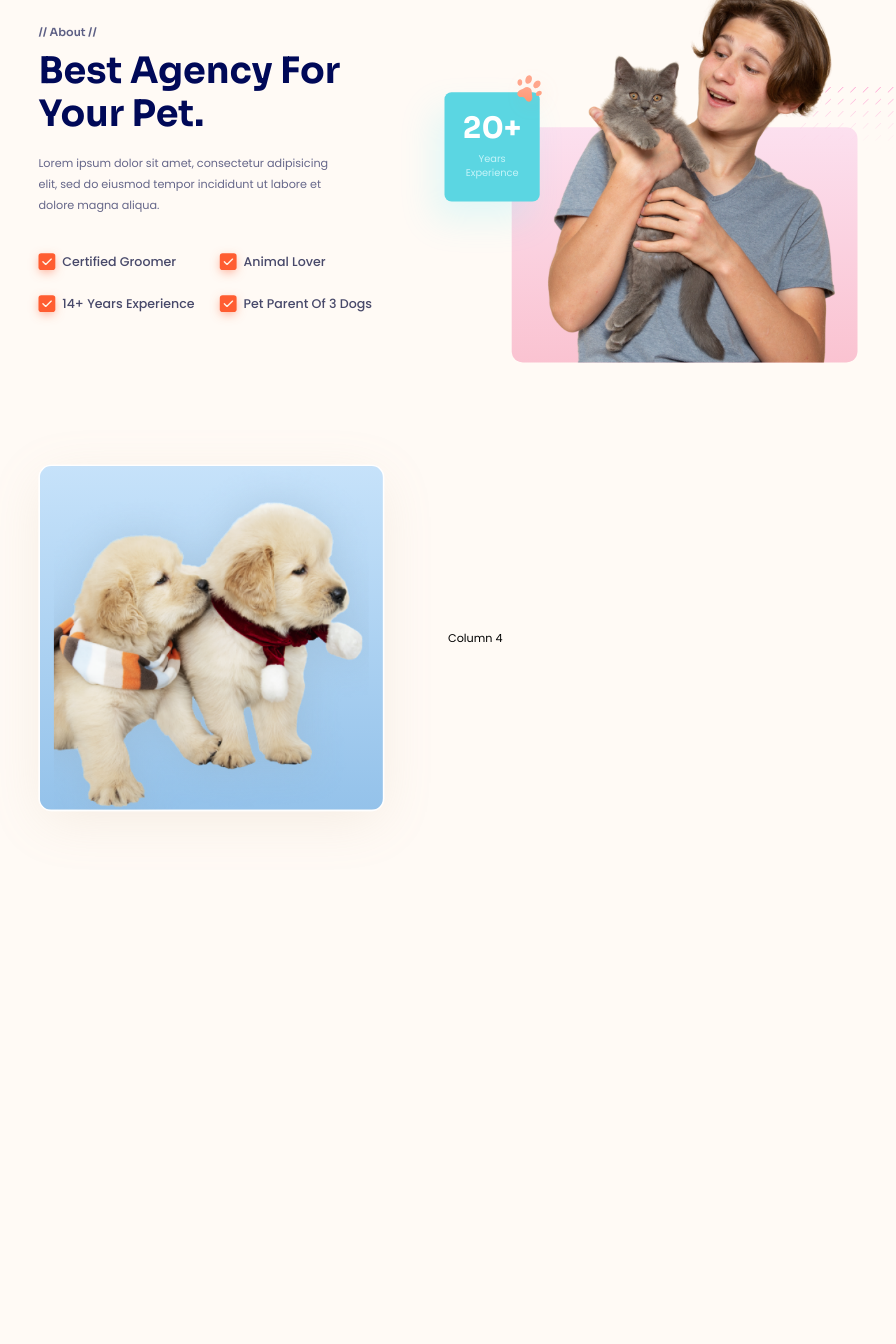
Repository: empty24062002/f8-project-05
Page: index.html
The author's editor kept a copy of each file at every save. The page is drawn from the files as they stood at one save, then again after the next save.
The browser window is 1280 px wide. The pictures show the part of the page from y = 937 to 2857 px (the page is 10896 px tall), at 70% of full size.

Above is the page before, as saved 2023-09-11 11:02:55.

### index.html
<!DOCTYPE html>
<html lang="en">
    <head>
        <meta charset="UTF-8" />
        <meta name="viewport" content="width=device-width, initial-scale=1.0" />
        <title>Lucy</title>
        <!-- favicon -->
        <link
            rel="apple-touch-icon"
            sizes="57x57"
            href="./assets/favicon/apple-icon-57x57.png"
        />
        <link
            rel="apple-touch-icon"
            sizes="60x60"
            href="./assets/favicon/apple-icon-60x60.png"
        />
        <link
            rel="apple-touch-icon"
            sizes="72x72"
            href="./assets/favicon/apple-icon-72x72.png"
        />
        <link
            rel="apple-touch-icon"
            sizes="76x76"
            href="./assets/favicon/apple-icon-76x76.png"
        />
        <link
            rel="apple-touch-icon"
            sizes="114x114"
            href="./assets/favicon/apple-icon-114x114.png"
        />
        <link
            rel="apple-touch-icon"
            sizes="120x120"
            href="./assets/favicon/apple-icon-120x120.png"
        />
        <link
            rel="apple-touch-icon"
            sizes="144x144"
            href="./assets/favicon/apple-icon-144x144.png"
        />
        <link
            rel="apple-touch-icon"
            sizes="152x152"
            href="./assets/favicon/apple-icon-152x152.png"
        />
        <link
            rel="apple-touch-icon"
            sizes="180x180"
            href="./assets/favicon/apple-icon-180x180.png"
        />
        <link
            rel="icon"
            type="image/png"
            sizes="192x192"
            href="./assets/favicon/android-icon-192x192.png"
        />
        <link
            rel="icon"
            type="image/png"
            sizes="32x32"
            href="./assets/favicon/favicon-32x32.png"
        />
        <link
            rel="icon"
            type="image/png"
            sizes="96x96"
            href="./assets/favicon/favicon-96x96.png"
        />
        <link
            rel="icon"
            type="image/png"
            sizes="16x16"
            href="./assets/favicon/favicon-16x16.png"
        />
        <link rel="manifest" href="./assets/favicon/manifest.json" />
        <meta name="msapplication-TileColor" content="#ffffff" />
        <meta
            name="msapplication-TileImage"
            content="./assets/favicon/ms-icon-144x144.png"
        />
        <meta name="theme-color" content="#ffffff" />
        <!-- reset CSS -->
        <link rel="stylesheet" href="./assets/css/reset.css" />
        <!-- embed font -->
        <link rel="preconnect" href="https://fonts.googleapis.com" />
        <link rel="preconnect" href="https://fonts.gstatic.com" crossorigin />
        <link
            href="https://fonts.googleapis.com/css2?family=Poppins:wght@300;400;500;600&family=Sora:wght@600;700;800&display=swap"
            rel="stylesheet"
        />
        <!-- style css -->
        <link rel="stylesheet" href="./assets/css/styles.css" />
    </head>
    <body>
        <!-- header -->
        <header class="header">
            <div class="container">
                <div class="header__inner">
                    <!-- logo -->
                    <a href="#!">
                        <img
                            src="./assets/img/logo.svg"
                            alt="Lucy"
                            class="header__logo"
                        />
                    </a>
                    <!-- navbar -->
                    <nav class="navbar">
                        <ul class="navbar__list">
                            <li class="navbar__item">
                                <a href="#!" class="navbar__link"> Home </a>
                            </li>
                            <li class="navbar__item">
                                <a href="#!" class="navbar__link"> About </a>
                            </li>
                            <li class="navbar__item">
                                <a href="#!" class="navbar__link"
                                    >Services & Rates
                                </a>
                            </li>
                            <li class="navbar__item">
                                <a href="#!" class="navbar__link"> Reviews </a>
                            </li>
                            <li class="navbar__item">
                                <a href="#!" class="navbar__link">
                                    Contacts us
                                </a>
                            </li>
                        </ul>
                    </nav>
                    <!-- header action -->
                    <div class="header-action">
                        <a href="#!" class="header-action__link">Sign in</a>
                        <a href="#!" class="btn header-action__btn">Sign up</a>
                    </div>
                </div>
            </div>
        </header>
        <!-- hero -->
        <section class="hero">
            <div class="container">
                <div class="hero__inner">
                    <!-- hero media -->
                    <div class="hero__media">
                        <div class="hero__img-wrap">
                            <img
                                src="./assets/img/hero__img1.png"
                                alt=""
                                class="hero__img"
                            />

                            <!-- Decorators -->
                            <img
                                src="./assets/img/decor__01.svg"
                                alt=""
                                class="hero__decor hero__decor-left"
                            />
                            <img
                                src="./assets/img/decor__02.svg"
                                alt=""
                                class="hero__decor hero__decor-right"
                            />
                        </div>
                        <div class="hero__img-wrap hero__img-wrap-small">
                            <img
                                src="./assets/img/hero__img2.png"
                                alt=""
                                class="hero__img"
                            />
                        </div>

                        <div class="hero__list">
                            <!-- hero list item 1 -->
                            <section class="hero-list-item">
                                <img
                                    src="./assets/img/hero__img3.png"
                                    alt=""
                                    class="hero-list-item__thump"
                                />
                                <div class="hero-list-item__info">
                                    <p class="hero-list-item__title">
                                        Pet Health
                                    </p>
                                    <div class="hero-list-item__skeleton"></div>
                                    <div
                                        class="hero-list-item__skeleton"
                                        style="--width: 39px"
                                    ></div>
                                </div>
                            </section>

                            <div class="hero-list-item__separate"></div>
                            <!-- hero list item 2 -->
                            <section class="hero-list-item">
                                <img
                                    src="./assets/img/hero__img4.png"
                                    alt=""
                                    class="hero-list-item__thump"
                                />
                                <div class="hero-list-item__info">
                                    <p class="hero-list-item__title">
                                        Pet care
                                    </p>
                                    <div class="hero-list-item__skeleton"></div>
                                    <div
                                        class="hero-list-item__skeleton"
                                        style="--width: 39px"
                                    ></div>
                                </div>
                            </section>
                        </div>
                    </div>
                    <!-- hero content -->
                    <section class="hero__content">
                        <h1 class="hero__heading">
                            Established & Trusted Pet Care Service
                        </h1>
                        <p class="hero__desc">
                            Discover a wide variety of Pawsitive services to
                            choose from, including daycare, private walks,
                            office duty and spa.
                        </p>
                        <div class="hero__row">
                            <a href="#!" class="btn btn--primary hero__cta-btn">
                                Book a Meet
                                <span class="btn__icon">
                                    <svg
                                        width="5"
                                        height="6"
                                        viewBox="0 0 5 6"
                                        fill="none"
                                        xmlns="http://www.w3.org/2000/svg"
                                    >
                                        <path
                                            d="M1.48584 0.5L3.98584 3L1.48584 5.5"
                                            stroke="#FD5056"
                                            stroke-linecap="round"
                                            stroke-linejoin="round"
                                        />
                                    </svg>
                                </span>
                            </a>
                            <a href="#!" class="hero__cta-link">
                                Schedule a Call
                            </a>
                        </div>
                    </section>
                </div>
            </div>
        </section>
        <main style="height: 10000px">
            <!-- about -->
            <section class="about">
                <div class="container">
                    <div class="about__inner">
                        <section class="about__content">
                            <p class="about__lable">// About //</p>
                            <h2 class="about__heading section-heading">
                                Best Agency For Your Pet.
                            </h2>
                            <p class="about__desc section-desc">
                                Lorem ipsum dolor sit amet, consectetur
                                adipisicing elit, sed do eiusmod tempor
                                incididunt ut labore et dolore magna aliqua.
                            </p>
                            <div class="about__checklist">
                                <span class="about__check-item">
                                    Certified Groomer
                                </span>
                                <span class="about__check-item">
                                    Animal Lover
                                </span>
                                <span class="about__check-item">
                                    14+ Years Experience
                                </span>
                                <span class="about__check-item">
                                    Pet Parent Of 3 Dogs
                                </span>
                            </div>
                        </section>
                        <div class="about__media">
                            <!-- About card -->
                            <div class="about__card">
                                <b class="about__card-title">20+</b>
                                <p class="about__card-desc">Years Experience</p>
                                <img
                                    src="./assets/img/about-decor1.svg"
                                    alt=""
                                    class="about__card-decor"
                                />
                            </div>
                            <!-- About img wrapper -->
                            <figure class="about__img-wrap">
                                <img
                                    src="./assets/img/about-img1.png"
                                    alt=""
                                    class="about__img"
                                />
                            </figure>
                            <img
                                src="./assets/img/about-decor2.svg"
                                alt=""
                                class="about__media-decor"
                            />
                        </div>
                        <div class="about__media">
                            <figure
                                class="about__img-wrap about__img-wrap-bottom"
                            >
                                <img
                                    src="./assets/img/about-img2.png"
                                    alt=""
                                    class="about__img about__img-bottom"
                                />
                            </figure>
                        </div>
                        <section class="about__content">Column 4</section>
                    </div>
                </div>
            </section>
        </main>
    </body>
</html>

### assets/css/styles.css
* {
    box-sizing: border-box;
}

:root {
    --primary-color: #ff5b2e;
}

html {
    font-size: 62.5%;
}

body {
    font-size: 1.6rem;
    font-family: "Poppins", sans-serif;
    background: #fffaf5;
}

/* common */

h1,
h2,
h3,
h4,
h5,
h6 {
    font-family: "Sora", sans-serif;
}

input,
textarea,
select,
button {
    font-size: inherit;
    font-family: inherit;
}

a {
    text-decoration: none;
}

.container {
    width: 1170px;
    max-width: calc(100% - 48px);
    margin: 0 auto;
}

.btn {
    --height: 56px;

    display: inline-flex;
    align-items: center;
    justify-content: center;
    min-width: 130px;
    height: var(--height);
    line-height: var(--height);
    border: 1px solid rgb(0, 9, 88, 0.7);
    border-radius: 99px;
    color: #000958;
    text-align: center;
    font-size: 1.4rem;
    font-weight: 600;
}

.btn:hover {
    opacity: 0.8;
    cursor: pointer;
}

.btn--primary {
    background: var(--primary-color);
    color: #fff;
    border-color: var(--primary-color);
}

.btn__icon {
    display: flex;
    justify-content: center;
    align-items: center;
    margin-left: 10px;
    width: 20px;
    height: 20px;
    border-radius: 50%;
    background-color: #fff;
    box-shadow: 4px 3px 10px -1px rgba(191, 41, 0, 0.4);
}

.section-heading {
    color: #000958;
    font-family: "Sora", sans-serif;
    font-size: 5.2rem;
    font-weight: 700;
    line-height: 1.19;
}

.section-desc {
    margin-top: 24px;
    color: #656689;
    font-size: 1.6rem;
    font-weight: 400;
    line-height: 1.87; /* 187.5% */
}

/* header */
.header {
    padding: 26px 0;
}

.header__inner {
    display: flex;
    justify-content: space-between;
    align-items: center;
}

.navbar__list {
    display: flex;
}

.navbar__link,
.header-action__link {
    padding: 8px 18px;
    color: #5e6085;
    font-size: 1.4rem;
    font-weight: 500;
    line-height: 1; /* 100% */
}

.navbar__link:hover {
    color: #000958;
    text-shadow: 1px 0 0 currentColor;
}

.header-action__btn {
    --height: 50px;

    min-width: 117px;
}

/* hero */
.hero {
    margin-top: 74px;
}

.hero__inner {
    display: flex;
    justify-content: space-between;
    align-items: center;
    column-gap: 120px;
}

.hero__media {
    display: flex;
    position: relative;
    padding-bottom: 94px;
}

.hero__img-wrap {
    position: relative;
    display: flex;
    justify-content: center;
    align-items: flex-end;
    width: 388px;
    height: 488px;
    border: 3px solid #fff;
    border-radius: 16px;
    background: #fe997b;
}

.hero__img {
    max-width: 100%;
    max-height: 100%;
    border-radius: inherit;
}

.hero__decor {
    position: absolute;
    z-index: -1;
}

.hero__decor-left {
    left: -58px;
    bottom: 10px;
}

.hero__decor-right {
    top: 16px;
    right: -43px;
}

.hero__img-wrap-small {
    align-self: flex-end;
    width: 186px;
    height: 244px;
    margin: 0 0 -58px -24px;
    border: 2px solod #f7dddf;
    background: #faa7ad;
}

.hero__list {
    position: absolute;
    left: 129px;
    bottom: 0;
    width: 250px;
    height: 156px;
    padding: 18px 14px;
    border-radius: 10px;
    background: #fff;
    box-shadow: -17px 14px 68px -4px rgba(207, 174, 132, 0.25);
}

.hero-list-item {
    display: flex;
    align-items: center;
}

.hero-list-item:nth-of-type(2) .hero-list-item__thump {
    background-color: #c6e2fa;
}

.hero-list-item__thump {
    width: 40px;
    height: 40px;
    border-radius: 10px;
    object-fit: cover;
    background: #fec23f;
}

.hero-list-item__info {
    margin-left: 10px;
}

.hero-list-item__title {
    color: #181e52;
    font-family: "Sora", sans-serif;
    font-size: 1.4rem;
    font-weight: 600;
    line-height: 1;
}

.hero-list-item__separate {
    margin: 20px 0;
    width: 100%;
    height: 2px;
    background: #f2f2f2;
}

.hero-list-item__skeleton {
    margin-top: 6px;
    width: var(--width, 118px);
    height: 4px;
    border-radius: 10px;
    opacity: 0.08;
    background: #000958;
}

.hero__heading {
    color: #000958;
    font-size: 6.6rem;
    font-weight: 800;
    line-height: 1.15; /* 115.152% */
}

.hero__desc {
    width: 391px;
    margin-top: 24px;
    color: #656689;
    font-size: 1.6rem;
    font-weight: 400;
    line-height: 1.88;
}

.hero__row {
    display: flex;
    align-items: center;
    margin-top: 38px;
}

.hero__cta-btn {
    --height: 60px;

    min-width: 190px;
    font-size: 1.6rem;
    box-shadow: 0px 13px 26px -8px rgba(255, 91, 46, 0.42);
}

.hero__cta-link {
    margin-left: 24px;
    color: #000958;
    font-size: 1.6rem;
    font-weight: 500;
    line-height: 1;
    text-decoration: underline;
}
/* about */
.about {
    margin-top: 138px;
    padding: 8px 0;
}

.about__inner {
    display: grid;
    grid-template-columns: 1fr 1fr;
    row-gap: 146px;
    align-items: center;
}

.about__lable {
    color: #5e6085;
    font-family: "Sora", sans-serif;
    font-size: 1.6rem;
    font-weight: 600;
    line-height: 1;
}

.about__heading {
    margin-top: 15px;
}

.about__heading,
.about__desc {
    width: 444px;
}

.about__checklist {
    display: grid;
    grid-template-columns: auto auto;
    justify-content: flex-start;
    gap: 36px;
    margin-top: 54px;
}

.about__check-item {
    position: relative;
    display: flex;
    align-items: center;
    column-gap: 10px;
    color: #48496a;
    font-size: 1.8rem;
    font-weight: 500;
    line-height: 1;
}

.about__check-item::before {
    content: "";
    display: inline-block;
    width: 24px;
    height: 24px;
    background: #ff5d31;
    box-shadow: 0px 4px 15px -3px #ff5d31b0;
    border-radius: 4px;
}

.about__check-item::after {
    content: url(../icons/check-item.svg);
    position: absolute;
    top: 2px;
    left: 5px;
}

.about__media {
    position: relative;
}

.about__card {
    position: absolute;
    width: 136px;
    top: 165px;
    left: -5px;
    padding: 30px 26px;
    text-align: center;
    border-radius: 10px;
    background: #5bd6e2;
    box-shadow: -15px 26px 48px 0px rgba(85, 240, 255, 0.17);
}

.about__card-title {
    color: #fff;
    font-family: "Sora", sans-serif;
    font-size: 4.2rem;
    font-weight: 700;
    line-height: 1;
}

.about__card-desc {
    margin-top: 14px;
    color: #c6f4f9;
    font-size: 1.4rem;
    font-weight: 400;
    line-height: 1.42;
}

.about__card-decor {
    position: absolute;
    top: -40px;
    right: -32px;
}

.about__img-wrap {
    position: relative;
    width: 494px;
    margin-left: auto;
}

.about__img-wrap::after {
    position: absolute;
    content: "";
    height: 336px;
    inset: auto 0 0 0;
    border-radius: 16px;
    background: linear-gradient(180deg, #fce0ef 0%, #fac3d1 100%);
    z-index: -1;
}

.about__img {
    display: block;
    margin: 0 auto;
    width: 450px;
}

.about__media-decor {
    position: absolute;
    top: 157px;
    right: -52px;
    z-index: -1;
}

.about__img-wrap-bottom {
    margin-left: 0;
    border-radius: 18px;
    border: 2px solid #fff;
    background: linear-gradient(180deg, #c6e2fa 0%, #94c2ea 100%);
    box-shadow: 0px 17px 77px -8px rgba(190, 165, 139, 0.17);
}

.about__img-wrap-bottom::after {
    content: none;
}

Loaded but not shown: assets/css/reset.css (common file)

After the next save:
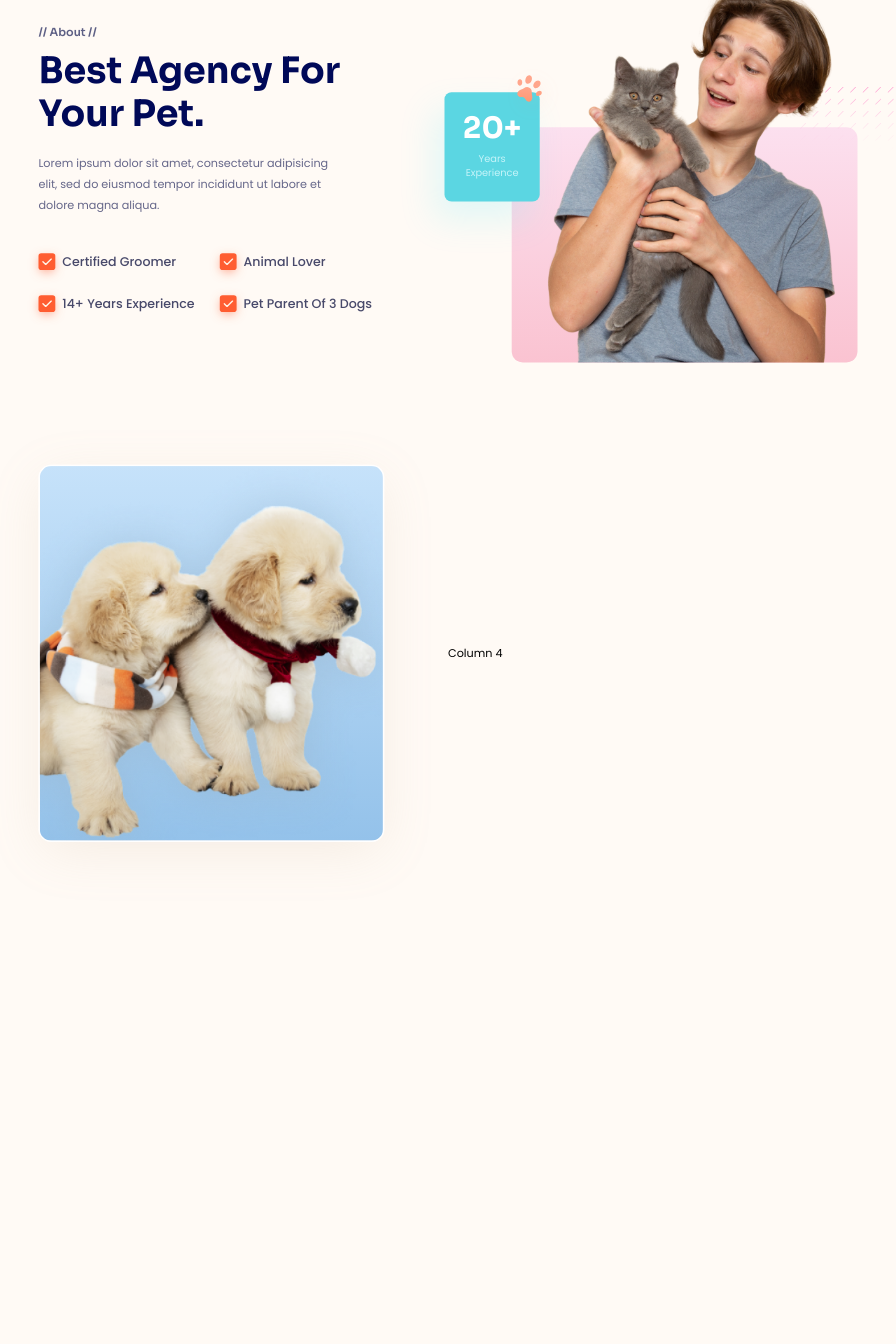
Saved 7 s later.
--- a/assets/css/styles.css
+++ b/assets/css/styles.css
@@ -435,3 +435,7 @@ a {
 .about__img-wrap-bottom::after {
     content: none;
 }
+
+.about__img-bottom {
+    width: 100%;
+}
